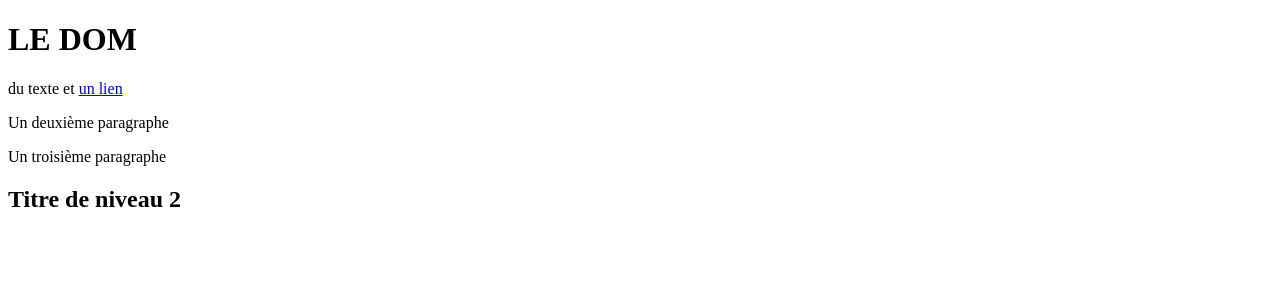
Repository: serviceshuios/Git-Aix-Web
Page: avance-html-css-js/WebContent/index.html
The author's editor kept a copy of each file at every save. The page is drawn from the files as they stood at one save, then again after the next save.
The browser window is 1280 px wide. The pictures show the whole page.

Above is the page before, as saved 2018-10-24 08:30:43.

After the next save:
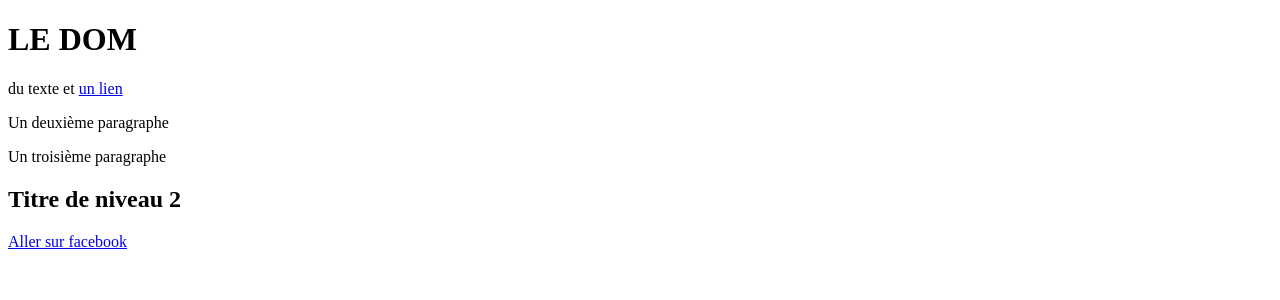
Saved 107 s later.
--- a/avance-html-css-js/WebContent/index.html
+++ b/avance-html-css-js/WebContent/index.html
@@ -12,6 +12,7 @@
 		<p>Un deuxième paragraphe</p>
 		<p class="maClasse">Un troisième paragraphe</p>
 		<h2 class="maClasse">Titre de niveau 2</h2>
+		<a href="http://www.facebook.com">Aller sur facebook</a>
 		<script src="js/script.js"></script>
 	</body>
 </html>
